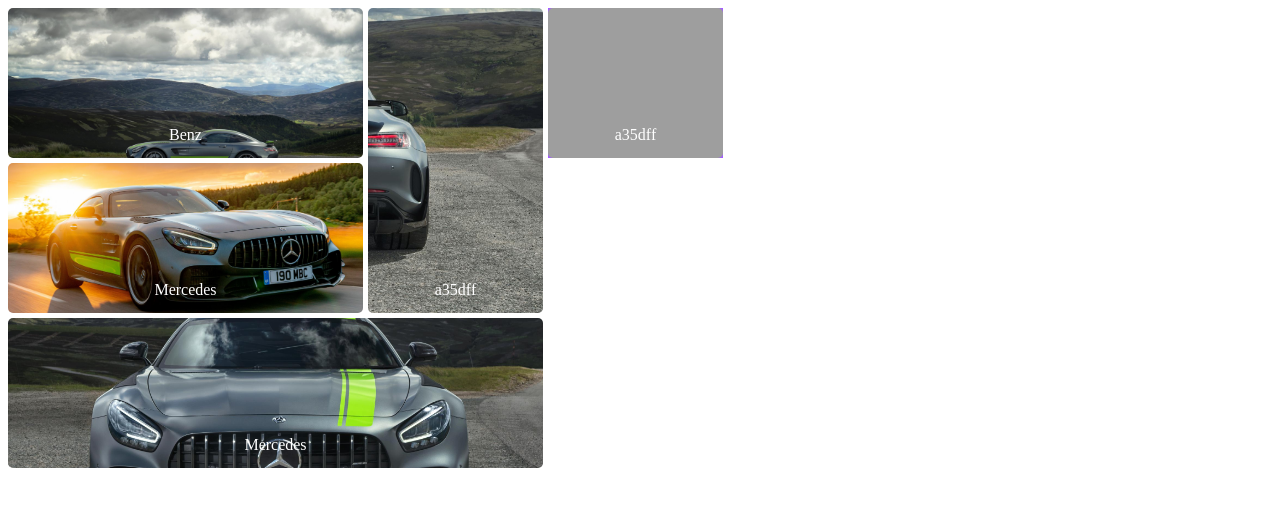
Repository: YoussefElsaygh/metrostyle
Page: index.html
The author's editor kept a copy of each file at every save. The page is drawn from the files as they stood at one save, then again after the next save.
The browser window is 1280 px wide. The pictures show the whole page.
Pictures or frames that could not be fetched are drawn as grey boxes.

Above is the page before, as saved 2019-12-16 04:25:52.

After the next save:
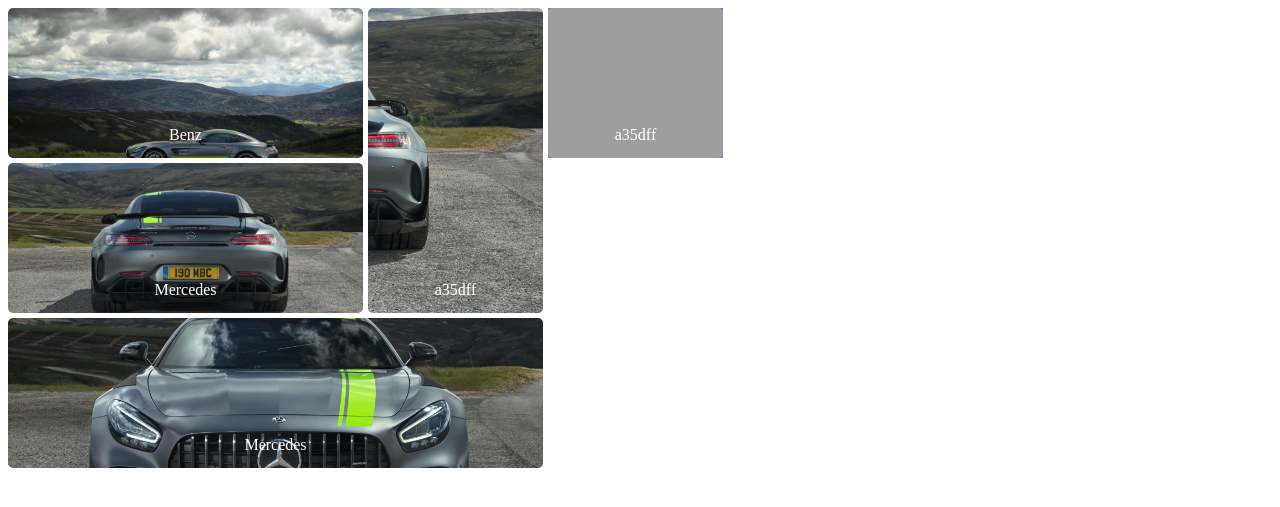
Saved 6 s later.
--- a/index.js
+++ b/index.js
@@ -4,7 +4,7 @@
     type: 2,
     align:'horizontal',
     data: {
-        imageSource:"img/Mercedes/m1.jpg",
+        imageSource:"img/Mercedes/m4.jpg",
         clickCallback: () => {
             console.log("item clicked ");
         },
